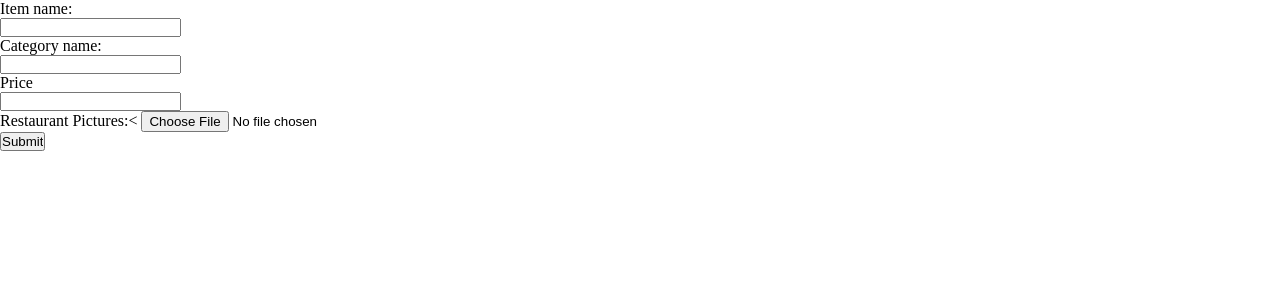
Repository: jatannoury/Ecommerce-Laravel-Electron
Page: Admin-electron/src/HTML/add_item.html
An editor plug-in stored every save of this project. The page is shown before and after a run of saves, followed by the edit.
The browser window is 1280 px wide. The pictures show the whole page.

Above is the page before, as saved 2022-06-10 22:12:27.

After the next 5 saves:
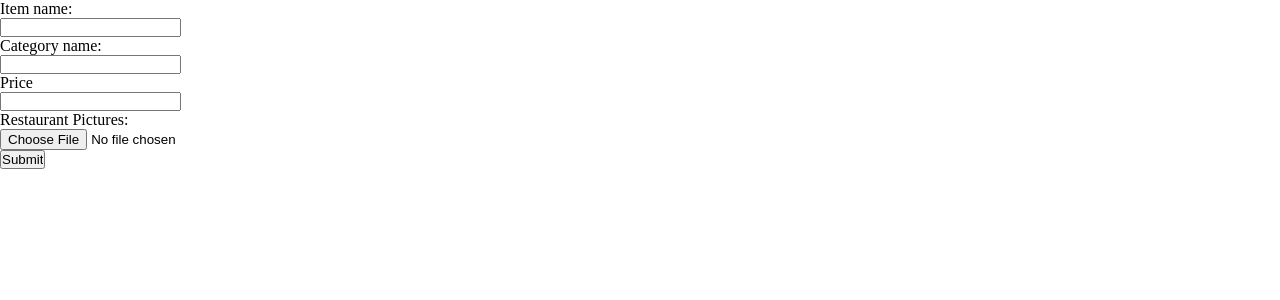
The 5 saves are shown as one change because they came seconds apart.
The last was saved 12 s later.
--- a/Admin-electron/src/HTML/add_item.html
+++ b/Admin-electron/src/HTML/add_item.html
@@ -16,7 +16,7 @@
             <label for="price" id="price">Price</label><br>
             <input type="text" id="fname" name="fname" ><br>
             <div>
-            <label for="pictures">Restaurant Pictures:</label><
+            <label for="pictures">Restaurant Pictures:</label></br>
             <input id="pictures" type="file" accept="image/*">
             </div>
             <input type="submit" value="Submit">
